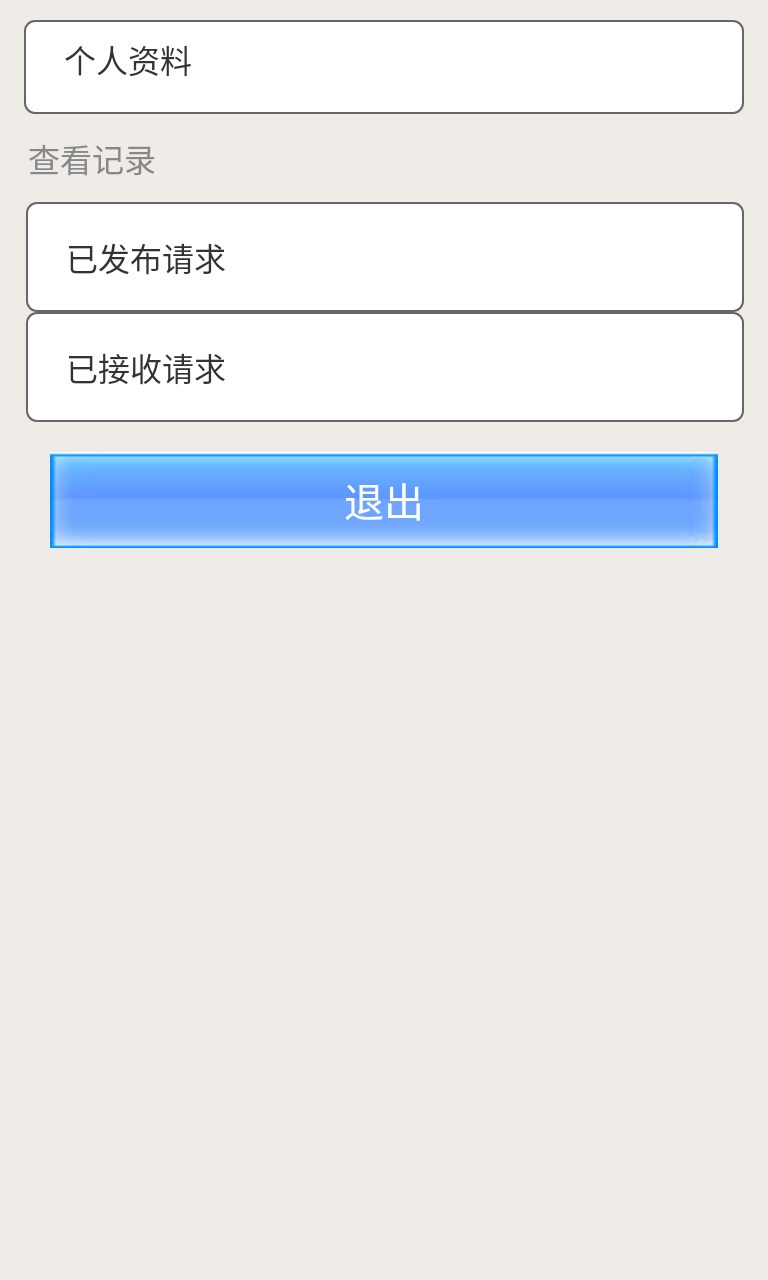
Repository: fariashen/campus-express
Layout: easyCourier/res/layout/fragment_personalcenter.xml
The author's editor kept a copy of each file at every save. The layout is drawn from the files as they stood at one save, then again after the next save.
It is drawn on a 768 x 1280 px phone screen (xhdpi) without system bars, with theme AppTheme; the app's code is not run.

Above is the layout before, as saved 2016-04-25 07:42:32.

After the next save:
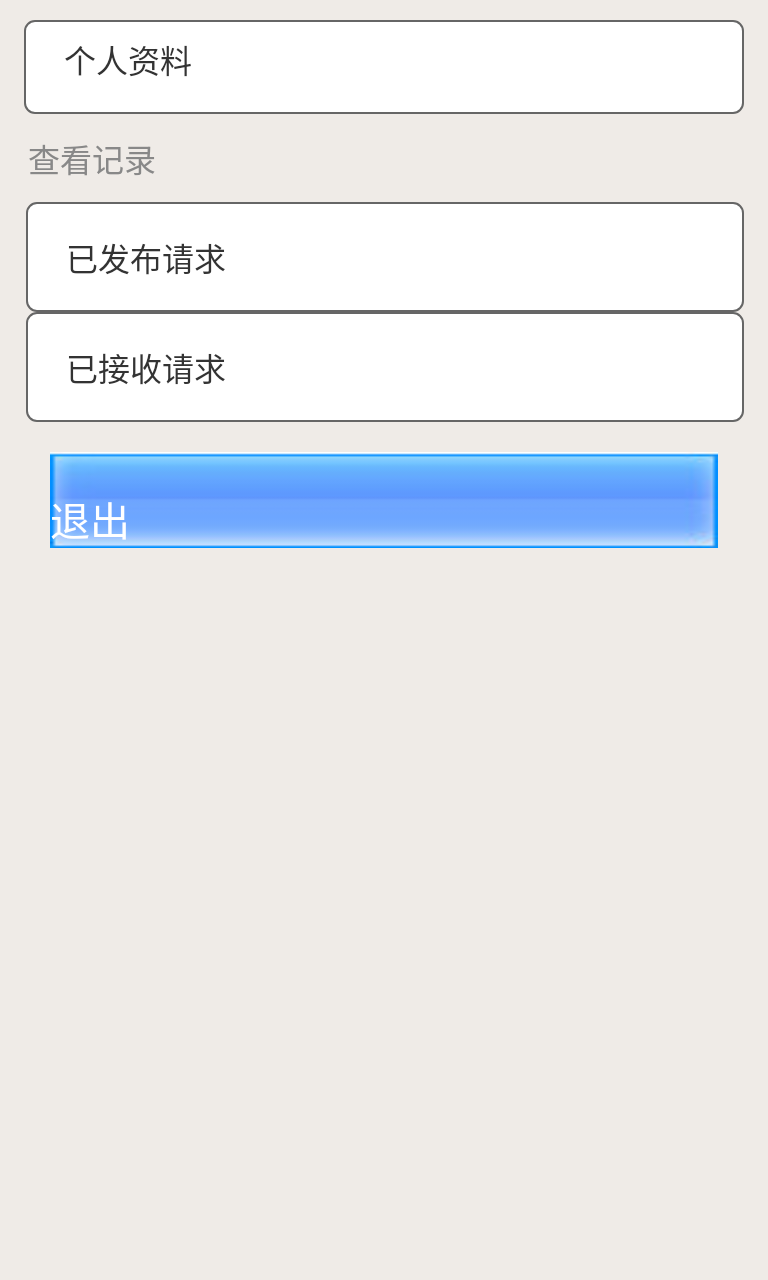
Saved 44 s later.
--- a/easyCourier/res/layout/fragment_personalcenter.xml
+++ b/easyCourier/res/layout/fragment_personalcenter.xml
@@ -208,7 +208,7 @@
         android:layout_marginLeft="15.0dip"
         android:layout_marginRight="15.0dip"
         android:background="@drawable/anniu"
-        android:gravity="center"
+        android:gravity="bottom"
         android:text="退出"
         android:textColor="#ffffff"
         android:textSize="20sp" />

After the save that followed:
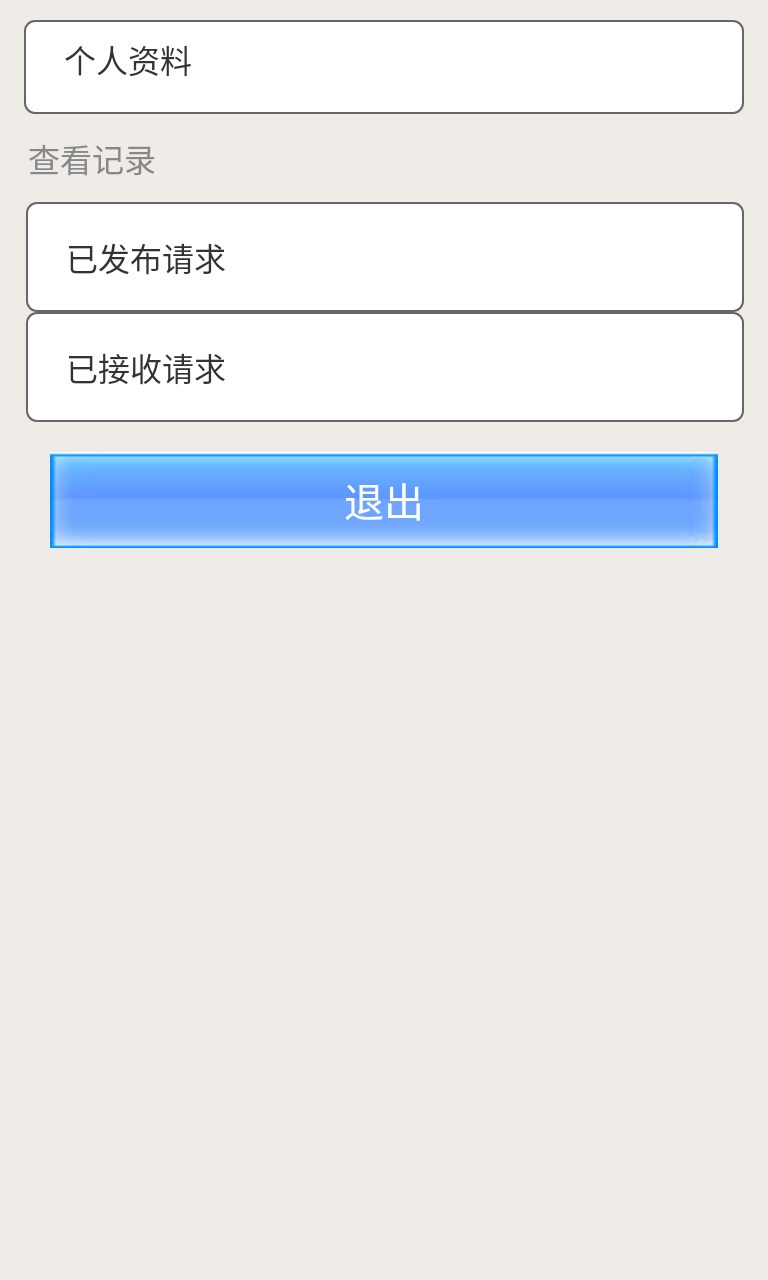
Saved 15 s later.
--- a/easyCourier/res/layout/fragment_personalcenter.xml
+++ b/easyCourier/res/layout/fragment_personalcenter.xml
@@ -208,7 +208,7 @@
         android:layout_marginLeft="15.0dip"
         android:layout_marginRight="15.0dip"
         android:background="@drawable/anniu"
-        android:gravity="bottom"
+        android:gravity="center"
         android:text="退出"
         android:textColor="#ffffff"
         android:textSize="20sp" />
